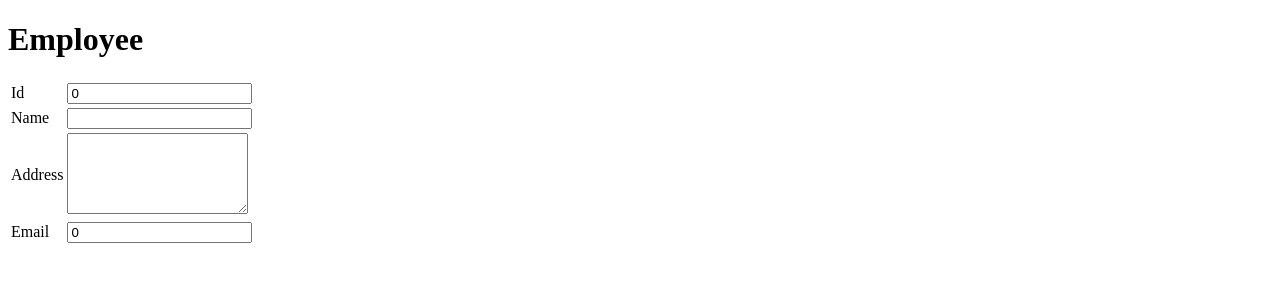
Repository: kubon9xhd/SpringMVC
Page: http://localhost/spring-excercise-6/insert
These files come from the project's save history. The page is drawn as it stood at one moment and after the next save; the edit follows.
The browser window is 1280 px wide. The pictures show the whole page.
The page is served by Tomcat 9.

Above is the page before, as saved 2021-06-06 15:12:29.

After the next save:
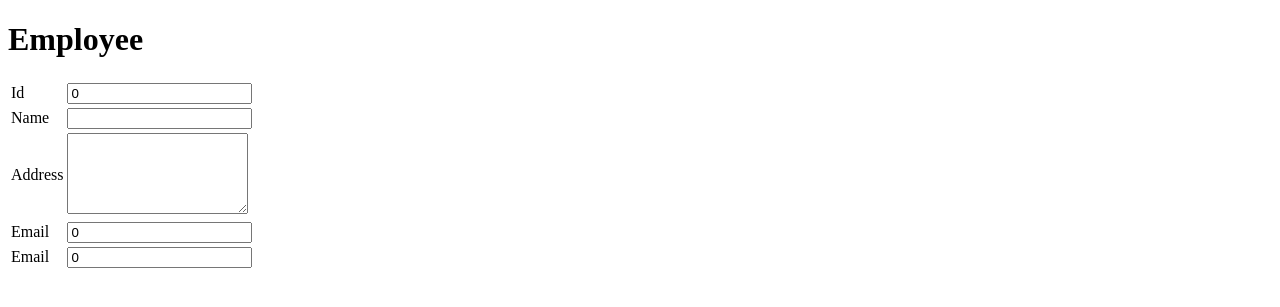
Saved 18 s later.
--- a/spring-excercise-6/src/main/webapp/WEB-INF/views/employee/insert.jsp
+++ b/spring-excercise-6/src/main/webapp/WEB-INF/views/employee/insert.jsp
@@ -21,7 +21,11 @@
 			</tr>
 			<tr>
 				<td><form:label path="address">Address</form:label></td>
-				<td><form:textarea rows="5" path="address"/></td>
+				<td><form:textarea rows="5" path="address" /></td>
+			</tr>
+			<tr>
+				<td><form:label path="email">Email</form:label></td>
+				<td><form:input type="email" path="id" /></td>
 			</tr>
 			<tr>
 				<td><form:label path="email">Email</form:label></td>
